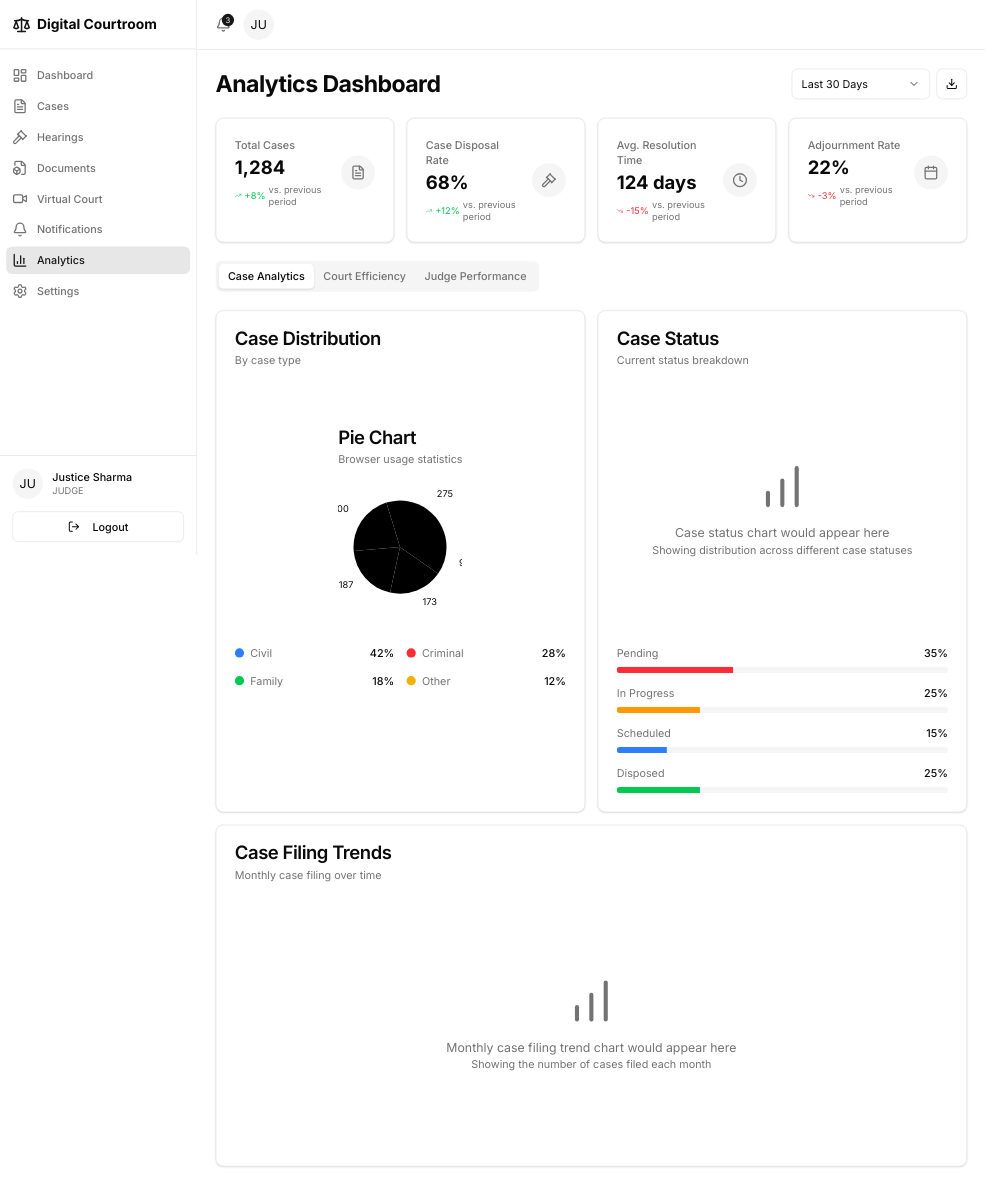
Repository: n0tank3sh/digicourt
Page: /analytics (app in frontend/)
The author's editor kept a copy of each file at every save. The page is drawn from the files as they stood at one save, then again after a run of saves.
The browser window is 1280 px wide. The pictures show the whole page, at 77% of full size.
The project was rebuilt for these pictures with package versions that can differ from the ones it lists, and the page was loaded fresh each time. The framework's server and built-in components were replaced by stand-ins that run in the browser. Also part of the build but not shown: frontend/next.config.ts.

Above is the page before, as saved 2025-03-26 21:49:42.

After the next 3 saves:
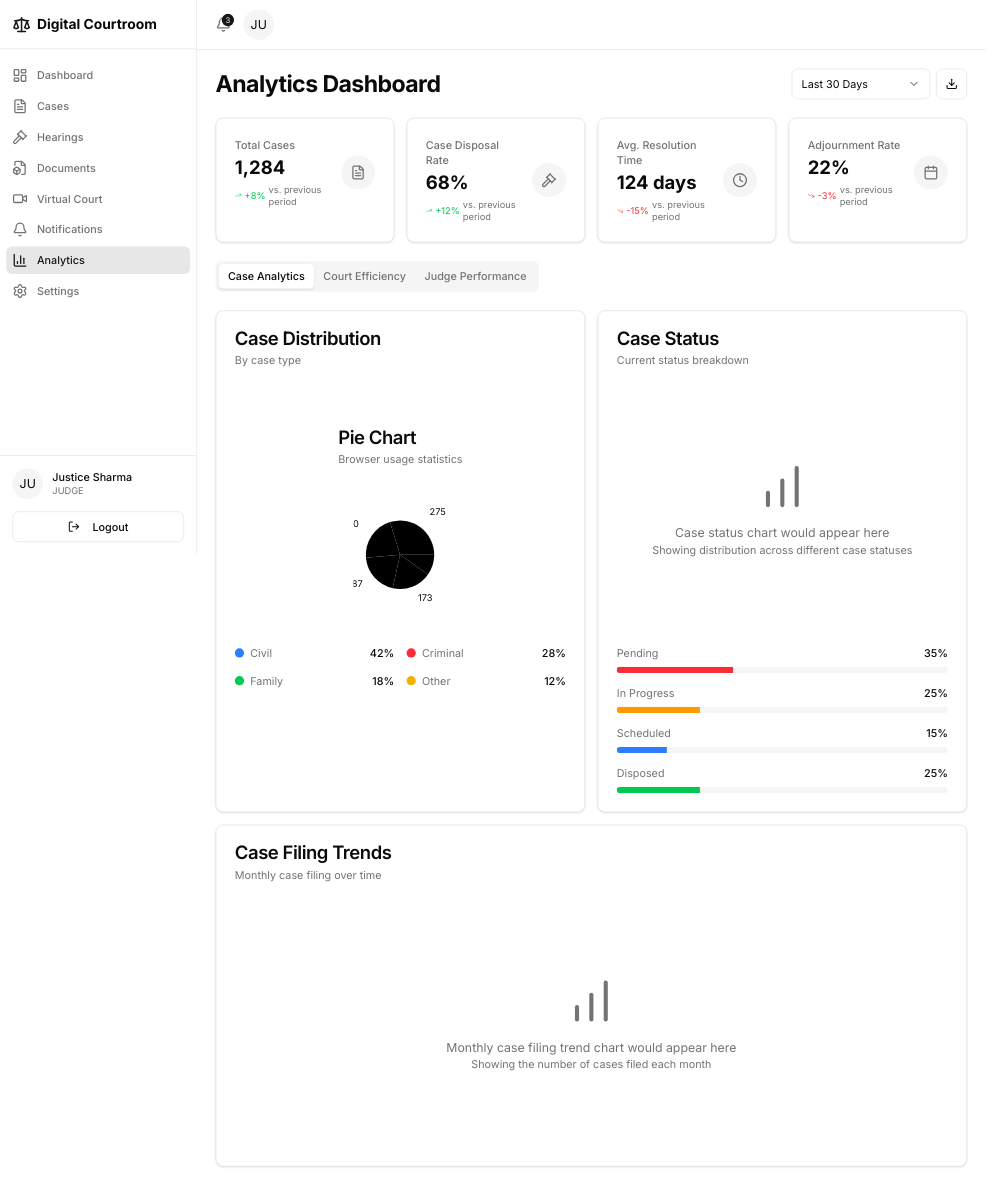
The 3 saves are shown as one change because they came seconds apart.
The last was saved 2 min 54 s later.
--- a/frontend/src/components/ui/piechart.tsx
+++ b/frontend/src/components/ui/piechart.tsx
@@ -58,7 +58,7 @@
             <CardContent className="flex-1 pb-0">
                 <ChartContainer
                     config={chartConfig}
-                    className="mx-auto aspect-square max-h-[250px] pb-0 [&_.recharts-pie-label-text]:fill-foreground"
+                    className="mx-auto p-5 aspect-square max-h-[250px] pb-0 [&_.recharts-pie-label-text]:fill-foreground"
                 >
                     <PieChart>
                         <ChartTooltip content={<ChartTooltipContent hideLabel />} />

After the save that followed:
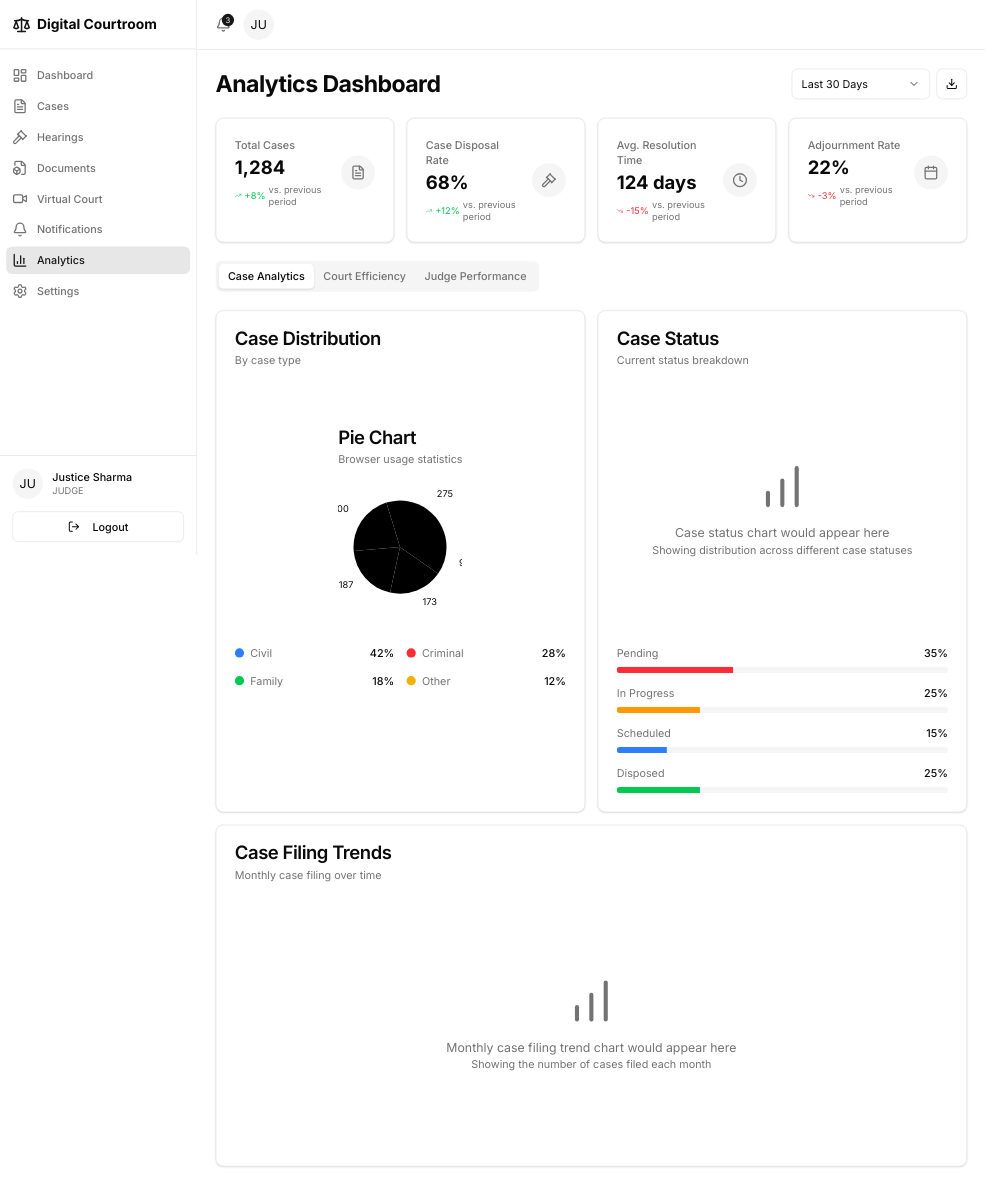
Saved 5 s later.
--- a/frontend/src/components/ui/piechart.tsx
+++ b/frontend/src/components/ui/piechart.tsx
@@ -58,7 +58,7 @@
             <CardContent className="flex-1 pb-0">
                 <ChartContainer
                     config={chartConfig}
-                    className="mx-auto p-5 aspect-square max-h-[250px] pb-0 [&_.recharts-pie-label-text]:fill-foreground"
+                    className="mx-auto aspect-square max-h-[250px] pb-0 [&_.recharts-pie-label-text]:fill-foreground"
                 >
                     <PieChart>
                         <ChartTooltip content={<ChartTooltipContent hideLabel />} />
